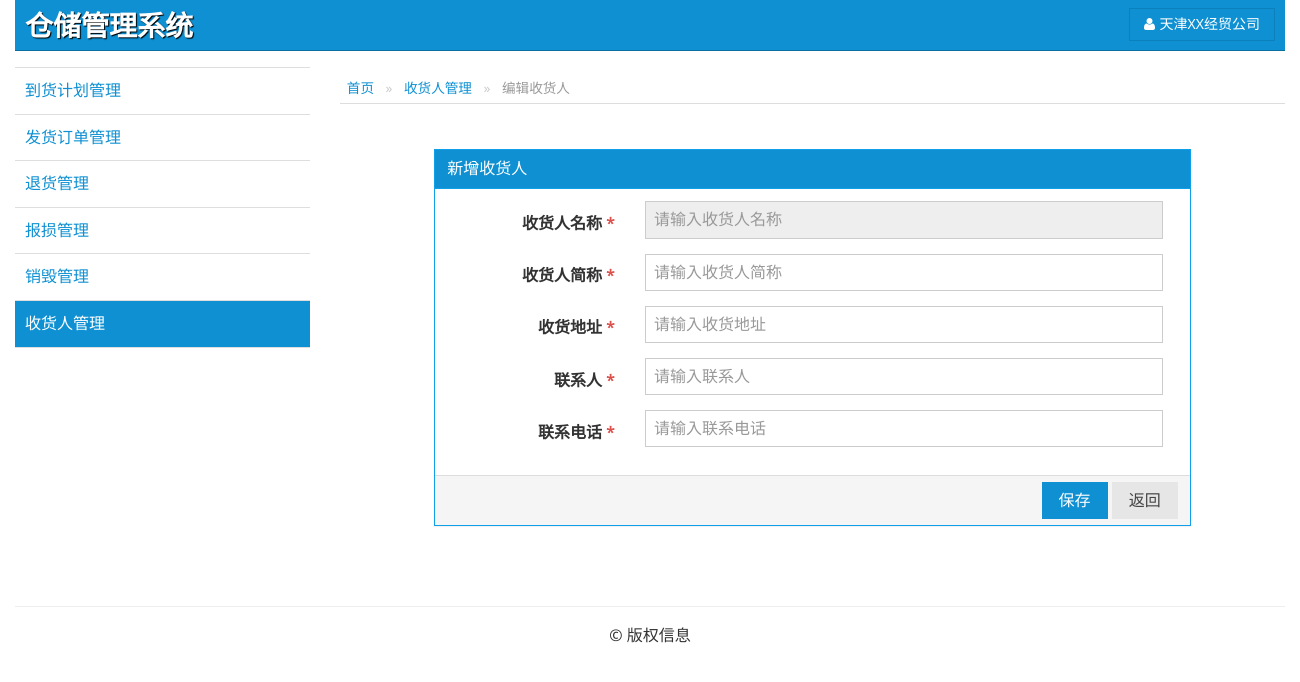
Repository: liuyouth/66
Page: http://localhost/syhz-web/WEB-INF/pages/recipient/edit.jsp
An editor plug-in stored every save of this project. The page is shown before and after the next save, followed by the edit.
The browser window is 1280 px wide. The page is 1300 px wide, so the pictures cover 1300 px, including what lies to the right of the window. The pictures show the whole page.
The page is served by Tomcat 9. Nobody is signed in. Other server files are loaded and not shown. The template is opened directly, without the code that normally fills it, so the values that code supplies are empty.

Above is the page before, as saved 2016-07-05 05:49:37.
Console error: SyntaxError: Unexpected token ';'

### syhz-web/WebContent/WEB-INF/pages/recipient/edit.jsp
<%@ page language="java" contentType="text/html; charset=UTF-8" pageEncoding="UTF-8"%>

<%@ include file="/WEB-INF/pages/inc/common.jspf"%>

</head>
<body class="am-container wm-container">

	<!-- header start -->
	<%@ include file="/WEB-INF/pages/inc/header.jsp"%>
	<!-- header end -->

	<div class="am-g">

		<!-- nav start -->
		<%@ include file="/WEB-INF/pages/inc/nav.jsp"%>
		<!-- nav end -->

		<div class="am-u-sm-9">
			<ol class="am-breadcrumb wm-breadcrumb">
				<li><a href="${basePath}/index/view">首页</a></li>
				<li><a href="${basePath}/recipient/list/view">收货人管理</a></li>
				<li class="am-active">编辑收货人</li>
			</ol>
			<hr class="wm-hr">
			<!-- context start -->
			<div class="am-u-sm-10 am-u-sm-centered">
				<form id="addForm" class="am-form wm-form am-form-horizontal" method="post" >
					<div class="am-panel am-panel-primary wm-panel">
						<div class="am-panel-hd">新增收货人</div>
						<div class="am-panel-bd">
							<div class="am-form-group">
								<label class="am-u-sm-3 am-form-label"> 收货人名称<span
									class="am-text-danger">&nbsp;*</span>
								</label>
								<div class="am-u-sm-9">
									<input type="hidden" name="recipientId" >
									<input type="text" name="recipientName" maxlength="50" disabled
										datatype="*" placeholder="请输入收货人名称">
								</div>
							</div>
							<div class="am-form-group">
								<label class="am-u-sm-3 am-form-label"> 收货人简称<span
									class="am-text-danger">&nbsp;*</span>
								</label>
								<div class="am-u-sm-9">
									<input type="text" name="recipientCode" maxlength="20"
										datatype="*" placeholder="请输入收货人简称">
								</div>
							</div>
							<div class="am-form-group">
								<label class="am-u-sm-3 am-form-label"> 收货地址<span
									class="am-text-danger">&nbsp;*</span>
								</label>
								<div class="am-u-sm-9">
									<input type="text" name="recipientAddress" maxlength="100"
										datatype="*" placeholder="请输入收货地址">
								</div>
							</div>
							<div class="am-form-group">
								<label class="am-u-sm-3 am-form-label"> 联系人<span
									class="am-text-danger">&nbsp;*</span>
								</label>
								<div class="am-u-sm-9">
									<input type="text" name="recipientContact" maxlength="20"
										datatype="*" placeholder="请输入联系人">
								</div>
							</div>
							<div class="am-form-group">
								<label class="am-u-sm-3 am-form-label"> 联系电话<span
									class="am-text-danger">&nbsp;*</span>
								</label>
								<div class="am-u-sm-9">
									<input type="text" name="recipientContactPhone" maxlength="20"
										datatype="*" placeholder="请输入联系电话">
								</div>
							</div>
						</div>
						<footer class="am-panel-footer">
							<div class="am-g">
								<label class="am-u-sm-3 am-form-label"></label>
								<div class="am-u-sm-9" style="text-align: right;">
									<button type="button" id="submitBtn"
										class="am-btn am-btn-primary">保存</button>
									<button type="button" class="am-btn am-btn-default"
										onclick="javascript:history.back(-1);">返回</button>
								</div>
							</div>
						</footer>
					</div>
				</form>
			</div>
			<!-- context end -->
		</div>
	</div>

	<!-- modal start -->
	<%@ include file="/WEB-INF/pages/inc/modal.jsp"%>
	<!-- modal end -->

	<!-- footer start -->
	<%@ include file="/WEB-INF/pages/inc/footer.jsp"%>
	<!-- footer end -->
	<script type="text/javascript">
	var id = ${param.id};
	</script>
	<script type="text/javascript" src="${basePath }/js/app/recipient/edit.js"></script>
</body>
</html>

### syhz-web/WebContent/WEB-INF/pages/inc/common.jspf
<%@ page language="java" pageEncoding="utf-8"%>
<%
	String basePath = request.getContextPath();
	request.setAttribute("basePath", basePath);
%>
<!DOCTYPE html>
<html class="no-js">
<head>
	<meta charset="utf-8">
	<meta http-equiv="X-UA-Compatible" content="IE=edge">
	<meta name="description" content="">
	<meta name="keywords" content="">
	<!--<meta name="viewport" content="width=device-width, initial-scale=1.0, minimum-scale=1.0, maximum-scale=1.0, user-scalable=no">-->
	<title>仓储管理系统</title>
	<!-- Set render engine for 360 browser -->
	<meta name="renderer" content="webkit">
	<!-- No Baidu Siteapp-->
	<meta http-equiv="Cache-Control" content="no-siteapp"/>

	<link rel="stylesheet" href="${basePath }/js/lib/amaze/css/amazeui.min.css">
	<link rel="stylesheet" href="${basePath }/js/lib/amaze/css/app.css">

	<!-- datatables-master -->
	<link rel="stylesheet" href="${basePath }/js/lib/datatables-master/amazeui.datatables.min.css">

	<link rel="stylesheet" href="${basePath }/css/common.css">

	<script type="text/javascript" src="${basePath }/js/lib/jquery/jquery-1.10.0.js"></script>

	<!--[if (gte IE 9)|!(IE)]><!-->
	<script type="text/javascript" src="${basePath }/js/lib/amaze/js/jquery.min.js"></script>
	<!--<![endif]-->
	<!--[if lte IE 8 ]>
	<script type="text/javascript" src="http://cdn.staticfile.org/modernizr/2.8.3/modernizr.js"></script>
	<script type="text/javascript" src="${basePath }/js/lib/amaze/js/amazeui.ie8polyfill.min.js"></script>
	<![endif]-->
	<script type="text/javascript" src="${basePath }/js/lib/amaze/js/amazeui.min.js"></script>

	<!-- My97DatePicker -->
	<script type="text/javascript" src="${basePath }/js/lib/My97DatePicker/WdatePicker.js"></script>

	<!-- datatables-master -->
	<script type="text/javascript" src="${basePath }/js/lib/datatables-master/amazeui.datatables.min.js"></script>

	<!-- jquery form -->
	<script type="text/javascript" src="${basePath }/js/lib/jquery/jquery.form.js"></script>

	<!-- Validform -->
	<script type="text/javascript" src="${basePath }/js/lib/Validform/Validform_v5.3.2.js"></script>
	<script type="text/javascript" src="${basePath }/js/lib/Validform/Validform_Datatype.js"></script>

	<script>
	$.ajaxSetup ({
		cache: false //close AJAX cache
	});
	var basePath = "${basePath}";
	</script>

### syhz-web/WebContent/WEB-INF/pages/inc/header.jsp
<%@ page language="java" contentType="text/html; charset=UTF-8" pageEncoding="UTF-8"%>

<header id="hearderAnchor" class="am-topbar am-topbar-inverse">
	<h1 class="am-topbar-brand" style="color: #fff;">
		<strong style="cursor: pointer;font-size: 28px;text-shadow: 1px 1px 1px #000;">仓储管理系统</strong>
	</h1>
	<div class="am-fr" style="margin-right: 10px;">
		<div class="am-btn-group">
			<div class="am-dropdown" data-am-dropdown>
				<button class="am-btn am-btn-primary am-topbar-btn am-btn-sm am-dropdown-toggle" data-am-dropdown-toggle>
					<span class="am-icon-user"></span> 天津XX经贸公司
				</button>
				<ul class="am-dropdown-content">
					<li>
						<a href="javascript:showEditPasswordModal();">修改密码</a>
					</li>
					<li class="am-divider"></li>
					<li>
						<a href="${basePath}/login/view" >
							<span class="am-icon-power-off"></span> 退出
						</a>
					</li>
				</ul>
			</div>
		</div>
	</div>
</header>

<!-- edit password modal start -->
<div class="am-modal am-modal-prompt" tabindex="-1" id="headerEditPasswordModal">
	<div class="am-modal-dialog">
		<div class="am-modal-hd">修改密码</div>
		<div class="am-modal-bd wm-modal-bd">
			<form id="headerEditPasswordForm" class="am-form am-form-horizontal">
				<div class="am-form-group">
					<label class="am-u-sm-3 am-form-label">
						旧密码<span class="am-text-danger">&nbsp;*</span>
					</label>
					<div class="am-u-sm-9">
						<input type="text" placeholder="请输入旧密码">
					</div>
				</div>
				<div class="am-form-group">
					<label class="am-u-sm-3 am-form-label">
						新密码<span class="am-text-danger">&nbsp;*</span>
					</label>
					<div class="am-u-sm-9">
						<input type="text" placeholder="请输入新密码">
					</div>
				</div>
				<div class="am-form-group">
					<label class="am-u-sm-3 am-form-label">
						密码确认<span class="am-text-danger">&nbsp;*</span>
					</label>
					<div class="am-u-sm-9">
						<input type="text" placeholder="请再次输入新密码">
					</div>
				</div>
			</form>
		</div>
		<div class="am-modal-footer">
			<span class="am-modal-btn wm-modal-cancel-btn" data-am-modal-cancel>取消</span>
			<span class="wm-modal-btn" onclick="javascript:void(0);">确定</span>
		</div>
	</div>
</div>
<!-- edit password modal end -->

<script type="text/javascript" src="${basePath }/js/app/inc/header.js"></script>

### syhz-web/WebContent/WEB-INF/pages/inc/nav.jsp
<%@ page language="java" contentType="text/html; charset=UTF-8" pageEncoding="UTF-8"%>

<div class="am-u-sm-3">
	<ul class="am-list admin-sidebar-list" id="wm-nav">

		<li id="nav-1">
			<a href="javascript:void(0);" onclick="javascript:jumpTo('arrival_plan/list');">
				<span class="am-margin-left-sm">到货计划管理</span>
			</a>
		</li>

		<li id="nav-2">
			<a href="javascript:void(0);" onclick="javascript:jumpTo('deliver_order/list');">
				<span class="am-margin-left-sm">发货订单管理</span>
			</a>
		</li>

		<li id="nav-3">
			<a href="javascript:void(0);" onclick="javascript:jumpTo('return_goods/list');">
				<span class="am-margin-left-sm">退货管理</span>
			</a>
		</li>

		<li id="nav-4">
			<a href="javascript:void(0);" onclick="javascript:jumpTo('damage/list');">
				<span class="am-margin-left-sm">报损管理</span>
			</a>
		</li>

		<li id="nav-5">
			<a href="javascript:void(0);" onclick="javascript:jumpTo('destroy/list');">
				<span class="am-margin-left-sm">销毁管理</span>
			</a>
		</li>

		<li id="nav-6">
			<a href="javascript:void(0);" onclick="javascript:jumpTo('recipient/list');">
				<span class="am-margin-left-sm">收货人管理</span>
			</a>
		</li>

	</ul>
</div>

<script type="text/javascript" src="${basePath }/js/app/inc/nav.js"></script>

### syhz-web/WebContent/WEB-INF/pages/inc/modal.jsp
<%@ page language="java" contentType="text/html; charset=UTF-8" pageEncoding="UTF-8"%>

<div class="am-modal am-modal-alert" tabindex="-1" id="wm-alert">
	<div class="am-modal-dialog">
		<div class="am-modal-hd">
			系统消息
		</div>
		<div class="am-modal-bd">
			<span id="wm-alert-modal-show-msg-span"></span>
		</div>
		<div class="am-modal-footer">
			<span class="am-modal-btn">确定</span>
		</div>
	</div>
</div>

<div class="am-modal am-modal-confirm" tabindex="-1" id="wm-confirm">
	<div class="am-modal-dialog">
		<div class="am-modal-hd">
			系统消息
		</div>
		<div class="am-modal-bd">
			<span id="wm-confirm-modal-show-msg-span"></span>
		</div>
		<div class="am-modal-footer">
			<span class="am-modal-btn wm-modal-cancel-btn" data-am-modal-cancel>取消</span>
			<span class="am-modal-btn" data-am-modal-confirm>确定</span>
		</div>
	</div>
</div>

<div class="am-modal am-modal-loading am-modal-no-btn" tabindex="-1" id="wm-modal-loading">
	<div class="am-modal-dialog">
		<div class="am-modal-hd">处理中，请稍后...</div>
		<div class="am-modal-bd">
			<span class="am-icon-spinner am-icon-spin"></span>
		</div>
	</div>
</div>

<script type="text/javascript" src="${basePath }/js/app/inc/modal.js"></script>

### syhz-web/WebContent/WEB-INF/pages/inc/footer.jsp
<%@ page language="java" contentType="text/html; charset=UTF-8" pageEncoding="UTF-8"%>

<div class="footer" style="height: 100px;margin-top: 50px;">
	<hr>
	<div class="am-g">
		<div class="am-u-sm-6 am-u-sm-centered" style="text-align:center;">
			<p>© 版权信息</p>
		</div>
	</div>
</div>

### syhz-web/WebContent/css/common.css
body {

}

fieldset {
	margin: 0 0 0.7rem 0 !important;
	padding: 0 !important;
}

legend {
	margin: 0 !important;
	padding: 0 !important;
}

textarea {
	resize: none !important;
}

.wm-container {
	width: 100% !important;
	min-width: 1300px !important;
	max-width: 100% !important;
}

.wm-breadcrumb {
	margin: 0 !important;
	padding-bottom: 0;
}

.wm-form {
	padding: 10px 0;
}

.wm-hr {
	margin: 5px 0px !important;
	border-top: 1px solid #ddd;
}

.wm-nav-active {
	background-color: #0e90d2 !important;
}

.wm-nav-active a {
	color: #fff;
}

.wm-modal-bd {
	padding-top: 15px !important;
	border-top: 1px solid #dedede;
}

.wm-modal-btn {
	display: table-cell !important;
	padding: 0 5px;
	height: 44px;
	-webkit-box-sizing: border-box !important;
	box-sizing: border-box !important;
	font-size: 1.6rem;
	line-height: 44px;
	text-align: center;
	color: #0e90d2;
	display: block;
	word-wrap: normal;
	text-overflow: ellipsis;
	white-space: nowrap;
	overflow: hidden;
	cursor: pointer;
	border-right: 1px solid #dedede;
}

.wm-modal-cancel-btn {
	color: #999;
}

.wm-toTop {
	border: 1px solid #DDDDDD;
	width: 46px;
	height: 50px;
	position: fixed;
	bottom: 150px;
	right: 30px;
	z-index: 1009;
	background-color: white;
}

.wm-toTop:HOVER {
	cursor: pointer;
}

.wm-toTop a:HOVER {
	cursor: pointer;
	text-decoration: none;
}

.wm-toTop i {
	color: #DDDDDD;
}

.wm-toTop i:HOVER {
	color: #999;
}

.wm-toTop i:BEFORE {
	font-size: 300%;
	vertical-align: -22%;
}

.wm-table {
	margin-bottom: 0;
}

.wm-panel {
	margin-top: 30px;
}
/* lisi start */
.wm-inner-table-title {
	border-bottom: 1px solid #10a0ea;
}

.wm-inner-table-title-label {
	background-color: #10a0ea;
	color: #fff;
	margin: 0px;
	padding: .6em 1em;
	vertical-align: middle;
	line-height: 1.2;
	outline: 0;
}
/* top view start */
.wm-u-sm-12 {
	margin: 0 !important;
	padding: 0 !important;
}

.wm-grid {
	border: 1px solid #999;
	text-align: center;
	vertical-align: middle;
	float: left;
}

div.wm-grid:HOVER {
	cursor: pointer;
}

.wm-grid-a {
	width: 60px;
	height: 25px;
}

.wm-grid-e1 {
	width: 40px;
	height: 100px;
}

.wm-grid-e2 {
	width: 40px;
	height: 50px;
}

.wm-grid-e3 {
	width: 40px;
	height: 75px;
}

.wm-empty-line {
	height: 25px;
}

.wm-cell-disable {
	background-color: #999;
	color: #fff;
}

.wm-grid-a-cell {
	width: 50%;
	height: 50px;
}

.wm-grid-e1-cell {
	width: 25%;
	height: 50px;
}

.wm-grid-e2-cell {
	width: 50%;
	height: 50px;
}

.wm-grid-e3-cell {
	width: 33.33%;
	height: 50px;
}

.wm-grid-a-cell-split-x {
	width: 50%;
	float: left;
}

.wm-grid-a-cell-split-line-x {
	border-right: thin dashed #999;
}

.wm-grid-a-cell-split-y {
	width: 100%;
	height: 25px;
}

.wm-grid-a-cell-split-line-y {
	border-bottom: thin dashed #999;
}
/* top view end */
[class*=am-icon-] {
	margin-right: 1px;
}

.Validform_checktip {
	/*margin-left: 8px;
	line-height: 20px;
	height: 20px;
	overflow: hidden;
	color: #999;
	font-size: 12px;*/
}

.Validform_right {
	color: #71b83d;
	padding-left: 20px;
	background: url(../images/right.png) no-repeat left center;
}

.Validform_wrong {
	color: red;
	padding-left: 20px;
	white-space: nowrap;
	background: url(../images/error.png) no-repeat left center;
}

.Validform_loading {
	padding-left: 20px;
	background: url(../images/onLoad.gif) no-repeat left center;
}

.Validform_error {
	background-color: #ffe7e7;
}

#Validform_msg {
	color: #7d8289;
	font: 12px/1.5 tahoma, arial, \5b8b\4f53, sans-serif;
	width: 280px;
	-webkit-box-shadow: 2px 2px 3px #aaa;
	-moz-box-shadow: 2px 2px 3px #aaa;
	background: #fff;
	position: absolute;
	top: 0px;
	right: 50px;
	z-index: 99999;
	display: none;
	filter: progid:DXImageTransform.Microsoft.Shadow(Strength=3, Direction=135,
		Color='#999999');
}

#Validform_msg .iframe {
	position: absolute;
	left: 0px;
	top: -1px;
	z-index: -1;
}

#Validform_msg .Validform_title {
	line-height: 25px;
	height: 25px;
	text-align: left;
	font-weight: bold;
	padding: 0 8px;
	color: #fff;
	position: relative;
	background-color: #000;
}

#Validform_msg a.Validform_close:link, #Validform_msg a.Validform_close:visited
	{
	line-height: 22px;
	position: absolute;
	right: 8px;
	top: 0px;
	color: #fff;
	text-decoration: none;
}

#Validform_msg a.Validform_close:hover {
	color: #cc0;
}

#Validform_msg .Validform_info {
	padding: 8px;
	border: 1px solid #000;
	border-top: none;
	text-align: left;
}
/* lisi end */

/* mujianling start */
/* mujianling end */

### syhz-web/WebContent/js/app/inc/header.js
function showEditPasswordModal() {
	$('#headerEditPasswordForm').form('clear');
	$('#headerEditPasswordModal').modal('open');
}

### syhz-web/WebContent/js/app/inc/nav.js
function toggleNav(f, s, t) {
	if (t != 0 && s != 0) {
		$("#nav-" + f).collapse('toggle');
		$("#nav-" + f + "-" + s).collapse('toggle');
		$("#nav-" + f + "-" + s + "-" + t).addClass("wm-nav-active");
	} else {
		if (s != 0) {
			$("#nav-" + f).collapse('toggle');
			$("#nav-" + f + "-" + s).addClass("wm-nav-active");
		} else {
			$("#nav-" + f).addClass("wm-nav-active");
		}
	}
}
function jumpTo(p) {
	window.location.href = basePath + "/" + p + "/view";
}

### syhz-web/WebContent/js/app/inc/modal.js
function alertWm(msg, okfn) {
	$("#wm-alert-modal-show-msg-span").text(msg);
	$('#wm-alert').on('closed.modal.amui', function() {
		if (okfn != undefined) {
			okfn();
		}
	});
	$('#wm-alert').modal('open');
}

function confirmWm(msg, okfn, ngfn) {
	$("#wm-confirm-modal-show-msg-span").text(msg);
	$('#wm-confirm').modal({
		relatedTarget : this,
		onConfirm : function(options) {
			if (okfn != undefined) {
				okfn();
			}
		},
		onCancel : function() {
			if (ngfn != undefined) {
				ngfn();
			}
		}
	});
	$('#wm-confirm').modal('open');
}

function showLoadingWm() {
	$('#wm-modal-loading').modal('open');
}

function hideLoadingWm() {
	$('#wm-modal-loading').modal('close');
}

### syhz-web/WebContent/js/app/recipient/edit.js
$(function() {
	// 切换导航状态
	toggleNav(6, 0, 0);
	read();
	//初始化验证插件
	$valid = $("#addForm").Validform({
		btnSubmit:"#submitBtn",
		tiptype:4,
		ignoreHidden:true,
		dragonfly:false,
		tipSweep:false,
		showAllError:true,
		postonce:true,
		ajaxPost:false,
		datatype:{

		},
		usePlugin:{
		},
		beforeCheck:function(curform){
			//在表单提交执行验证之前执行的函数，curform参数是当前表单对象。
			//这里明确return false的话将不会继续执行验证操作;
		},
		beforeSubmit:function(curform){
			//在验证成功后，表单提交前执行的函数，curform参数是当前表单对象。
			//这里明确return false的话表单将不会提交;
			upDate();
			return false;
		},
		callback:function(data){
			//返回数据data是json对象，{"info":"demo info","status":"y"}
			//info: 输出提示信息;
			//status: 返回提交数据的状态,是否提交成功。如可以用"y"表示提交成功，"n"表示提交失败，在ajax_post.php文件返回数据里自定字符，主要用在callback函数里根据该值执行相应的回调操作;
			//你也可以在ajax_post.php文件返回更多信息在这里获取，进行相应操作；
			//ajax遇到服务端错误时也会执行回调，这时的data是{ status:**, statusText:**, readyState:**, responseText:** }；

			//这里执行回调操作;
			//注意：如果不是ajax方式提交表单，传入callback，这时data参数是当前表单对象，回调函数会在表单验证全部通过后执行，然后判断是否提交表单，如果callback里明确return false，则表单不会提交，如果return true或没有return，则会提交表单。
		}
	});
});
function read(){
	$.ajax({
		url : basePath + "/recipient/read",
		data : {
			recipientId : id
		},
		dataType : "json",
		type : "post",
		success : function(data) {
			if (data.success) {
				$("#addForm").form('load', data.msg[0]);
			} else {
				alert(data.msg);
			}
		},

		error : function() {
			alert("请求失败");
		}
	});
}
function upDate(){
	$.ajax({
		url : basePath + "/recipient/update",
		data : $("#addForm").serialize(),
		dataType : "json",
		type : "post",
		success : function(data) {
			if (data.success) {
				alert("保存成功！");
			} else {
				alert(data.msg);
			}
		},

		error : function() {
			alert("请求失败");
		}
	});
}

### syhz-web/WebContent/js/lib/My97DatePicker/skin/WdatePicker.css
.Wdate {
	border: #999 1px solid;
	height: 20px;
	background: #fff url(datePicker.gif) no-repeat right;
}

.wm-Wdate {
	background: #fff url(datePicker.gif) no-repeat right !important;
}

.WdateFmtErr {
	font-weight: bold;
	color: red;
}

Loaded but not shown: syhz-web/WebContent/js/lib/amaze/css/amazeui.min.css (library); syhz-web/WebContent/js/lib/amaze/css/app.css (common file); syhz-web/WebContent/js/lib/datatables-master/amazeui.datatables.min.css (library); syhz-web/WebContent/js/lib/jquery/jquery-1.10.0.js (library); syhz-web/WebContent/js/lib/amaze/js/jquery.min.js (library); syhz-web/WebContent/js/lib/amaze/js/amazeui.min.js (library); syhz-web/WebContent/js/lib/My97DatePicker/WdatePicker.js (library); syhz-web/WebContent/js/lib/datatables-master/amazeui.datatables.min.js (library); syhz-web/WebContent/js/lib/Validform/Validform_v5.3.2.js (library); syhz-web/WebContent/js/lib/Validform/Validform_Datatype.js (library); syhz-web/WebContent/js/lib/jquery/jquery.form.js (no copy from this time; the picture is the same without it)

After the next save:
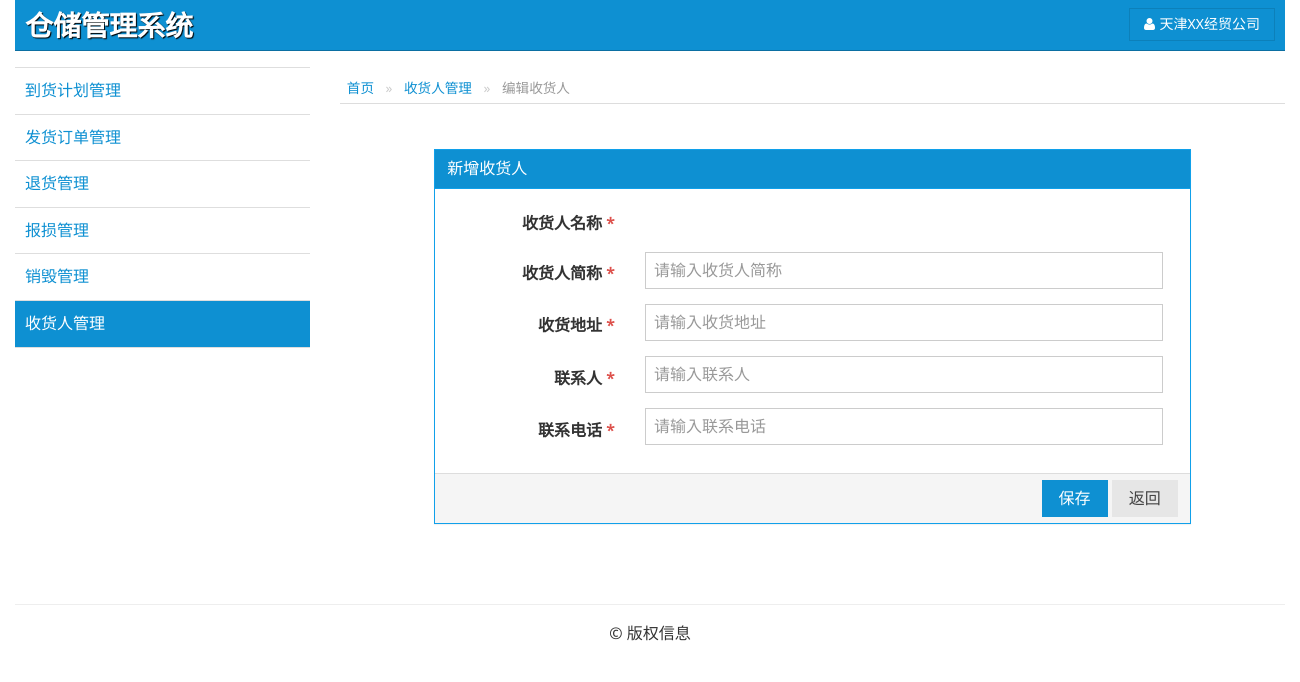
Saved 5 min 53 s later.
--- a/syhz-web/WebContent/WEB-INF/pages/recipient/edit.jsp
+++ b/syhz-web/WebContent/WEB-INF/pages/recipient/edit.jsp
@@ -34,8 +34,8 @@
 								</label>
 								<div class="am-u-sm-9">
 									<input type="hidden" name="recipientId" >
-									<input type="text" name="recipientName" maxlength="50" disabled
-										datatype="*" placeholder="请输入收货人名称">
+									<span type="text" name="recipientName" maxlength="50"
+										datatype="*" placeholder="请输入收货人名称"></span>
 								</div>
 							</div>
 							<div class="am-form-group">
